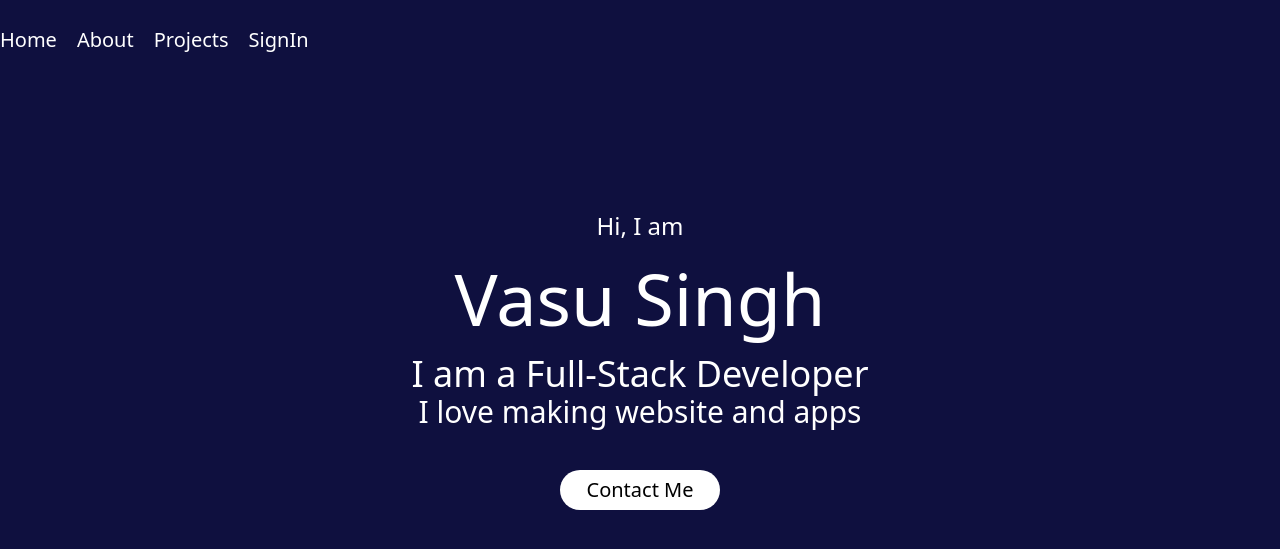
Repository: vasucp1207/vasuDev
Page: /
The author's editor kept a copy of each file at every save. The page is drawn from the files as they stood at one save, then again after the next save.
The browser window is 1280 px wide. The pictures show the whole page.
The project was rebuilt for these pictures with package versions that can differ from the ones it lists, and the page was loaded fresh each time. The framework's server and built-in components were replaced by stand-ins that run in the browser. Also part of the build but not shown: next.config.js.

Above is the page before, as saved 2022-07-17 23:21:20.

### pages/index.tsx
import type { NextPage } from 'next'
import Head from 'next/head'
import Hero from './Hero'
import Navbar from './Navbar'

const Home: NextPage = () => {
  return (
    <div className="p-0 m-0 bg-darkB text-white">
      <Head>
        <title>Create Next App</title>
      </Head>

      <Navbar />
      <Hero />
    </div>
  )
}

export default Home

### pages/Hero.tsx
import React from 'react'

function Hero() {
  return (
    <div className='h-screen bg-darkB'>
        <div className='text-white flex flex-col justify-center items-center h-screen'>
            <p className='text-2xl'>Hi, I am</p>
            <h1 className='mt-5 text-7xl'>Vasu Singh</h1>
            <h3 className='mt-5 text-4xl'>I am a Full-Stack Developer</h3>
            <h4 className='text-3xl'>I love making website and apps</h4>
            <button className='hover:text-white transition-all 200 hover:bg-green-400 mt-10 bg-white text-black h-10 w-40 outline-none rounded-full text-xl'>Contact Me</button>
        </div>
    </div>
  )
}

export default Hero

### pages/Navbar.tsx
import React from 'react'

function Navbar() {
  return (
    <div className='h-20 w-screen absolute bg-transparent flex items-center'>
        <div className='flex space-x-5 text-xl font-normal'>
            <p>Home</p>
            <p>About</p>
            <p>Projects</p>
            <p>SignIn</p>
        </div>
    </div>
  )
}

export default Navbar

### tailwind.config.js
/** @type {import('tailwindcss').Config} */
module.exports = {
  content: [
    './pages/**/*.{js,ts,jsx,tsx}',
    './components/**/*.{js,ts,jsx,tsx}',
  ],
  theme: {
    extend: {
      colors: {
        darkB: 'rgba(15, 16, 63, 1)'
      }
    },
  },
  plugins: [],
}

Loaded but not shown: pages/_app.tsx (common file); styles/globals.css (common file)

After the next save:
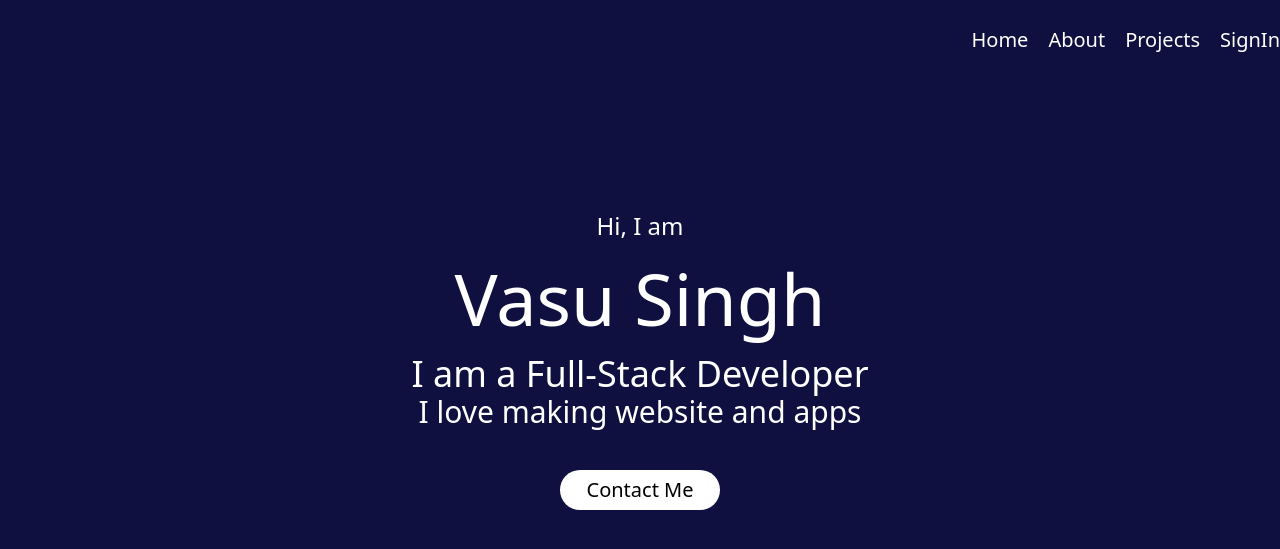
Saved 7 s later.
--- a/pages/Navbar.tsx
+++ b/pages/Navbar.tsx
@@ -2,7 +2,7 @@ import React from 'react'
 
 function Navbar() {
   return (
-    <div className='h-20 w-screen absolute bg-transparent flex items-center'>
+    <div className='h-20 w-screen absolute bg-transparent flex justify-end items-center'>
         <div className='flex space-x-5 text-xl font-normal'>
             <p>Home</p>
             <p>About</p>
